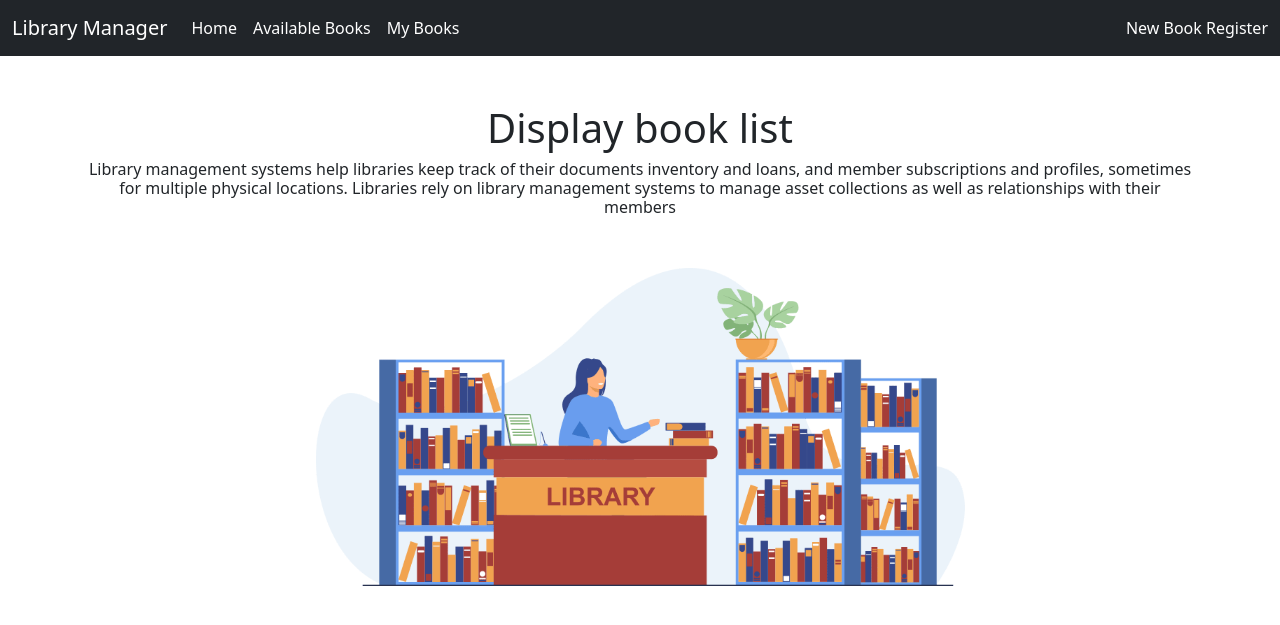
Repository: AkashCoder99/Spring-Libraray-Management
Page: http://localhost/myBooksList
These files come from the project's save history. The page is drawn as it stood at one moment and after the next save; the edit follows.
The browser window is 1280 px wide. The pictures show the whole page.
The page is this project's Thymeleaf template; nobody is signed in. The template is opened directly, without the code that normally fills it, so the values that code supplies are empty.

Above is the page before, as saved 2023-05-29 18:22:59.

### bookStore/src/main/resources/templates/myBooksList.html
<!doctype html>
<html lang="en" xmlns:th="https://www.thymeleaf.com">
  <head>
    <meta charset="utf-8">
    <meta name="viewport" content="width=device-width, initial-scale=1">
    <title>Library Management</title>
    <link href="https://cdn.jsdelivr.net/npm/bootstrap@5.3.0-alpha3/dist/css/bootstrap.min.css" rel="stylesheet" integrity="sha384-KK94CHFLLe+nY2dmCWGMq91rCGa5gtU4mk92HdvYe+M/SXH301p5ILy+dN9+nJOZ" crossorigin="anonymous">
  </head>
  <body>
	<nav class="navbar navbar-expand-lg navbar-light bg-dark">
  <div class="container-fluid">
    <a class="navbar-brand text-white" href="#">Library Manager</a>
    <button class="navbar-toggler" type="button" data-bs-toggle="collapse" data-bs-target="#navbarSupportedContent" aria-controls="navbarSupportedContent" aria-expanded="false" aria-label="Toggle navigation">
      <span class="navbar-toggler-icon"></span>
    </button>
    <div class="collapse navbar-collapse" id="navbarSupportedContent">
      <ul class="navbar-nav me-auto mb-2 mb-lg-0">
        <li class="nav-item">
          <a class="nav-link active text-white" aria-current="page" href="/">Home</a>
        </li>
        <li class="nav-item">
          <a class="nav-link text-white" href="available_books">Available Books</a>
        </li>
        <li class="nav-item">
          <a class="nav-link text-white" href="#">My Books</a>
        </li>
      </ul>
      <div>
		   <a class="nav-link text-white" href="book_register">New Book Register</a>
	  </div>
    </div>
  </div>
</nav>

	<div class="container text-center my-5">
		<h1>Display book list</h1>
		<h6>Library management systems help libraries keep track of their documents inventory and loans,
			and member subscriptions and profiles, sometimes for multiple physical locations.
			 Libraries rely on library management systems to manage asset collections as well as relationships with their members</h6>
		<img src="/images/HomePageLibrary.png" width="700px">
	</div>
    <script src="https://cdn.jsdelivr.net/npm/bootstrap@5.3.0-alpha3/dist/js/bootstrap.bundle.min.js" integrity="sha384-ENjdO4Dr2bkBIFxQpeoTz1HIcje39Wm4jDKdf19U8gI4ddQ3GYNS7NTKfAdVQSZe" crossorigin="anonymous"></script>
  </body>
</html>

After the next save:
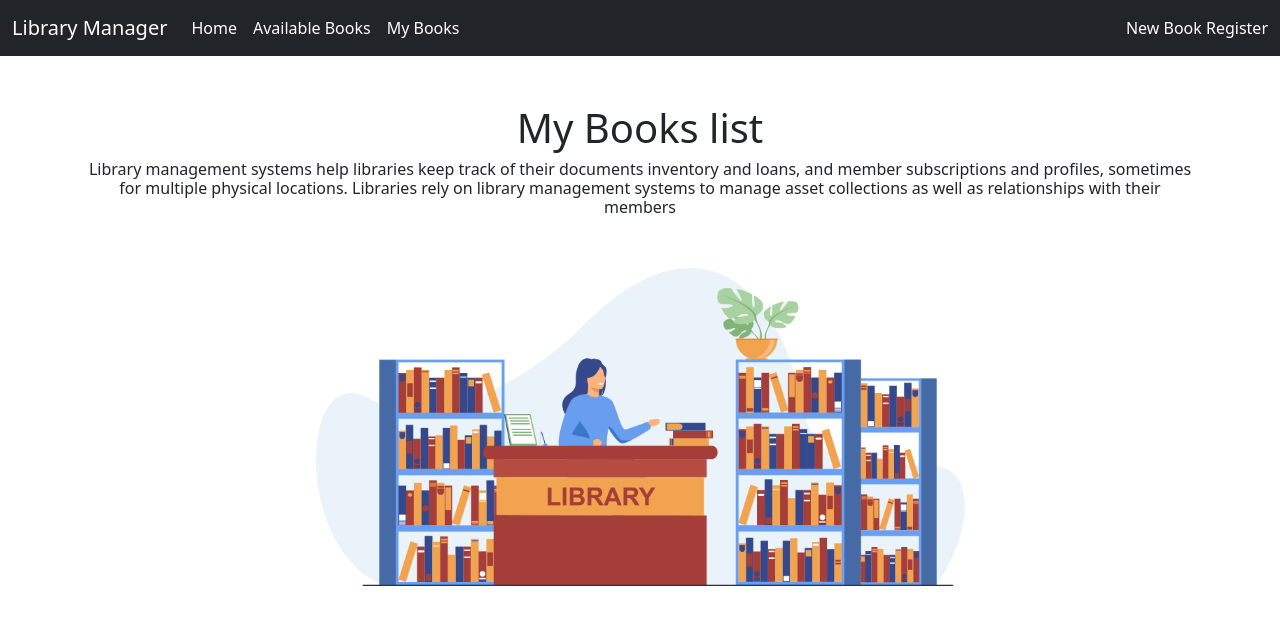
Saved 40 s later.
--- a/bookStore/src/main/resources/templates/myBooksList.html
+++ b/bookStore/src/main/resources/templates/myBooksList.html
@@ -33,7 +33,7 @@
 </nav>
 
 	<div class="container text-center my-5">
-		<h1>Display book list</h1>
+		<h1>My Books list</h1>
 		<h6>Library management systems help libraries keep track of their documents inventory and loans,
 			and member subscriptions and profiles, sometimes for multiple physical locations.
 			 Libraries rely on library management systems to manage asset collections as well as relationships with their members</h6>
